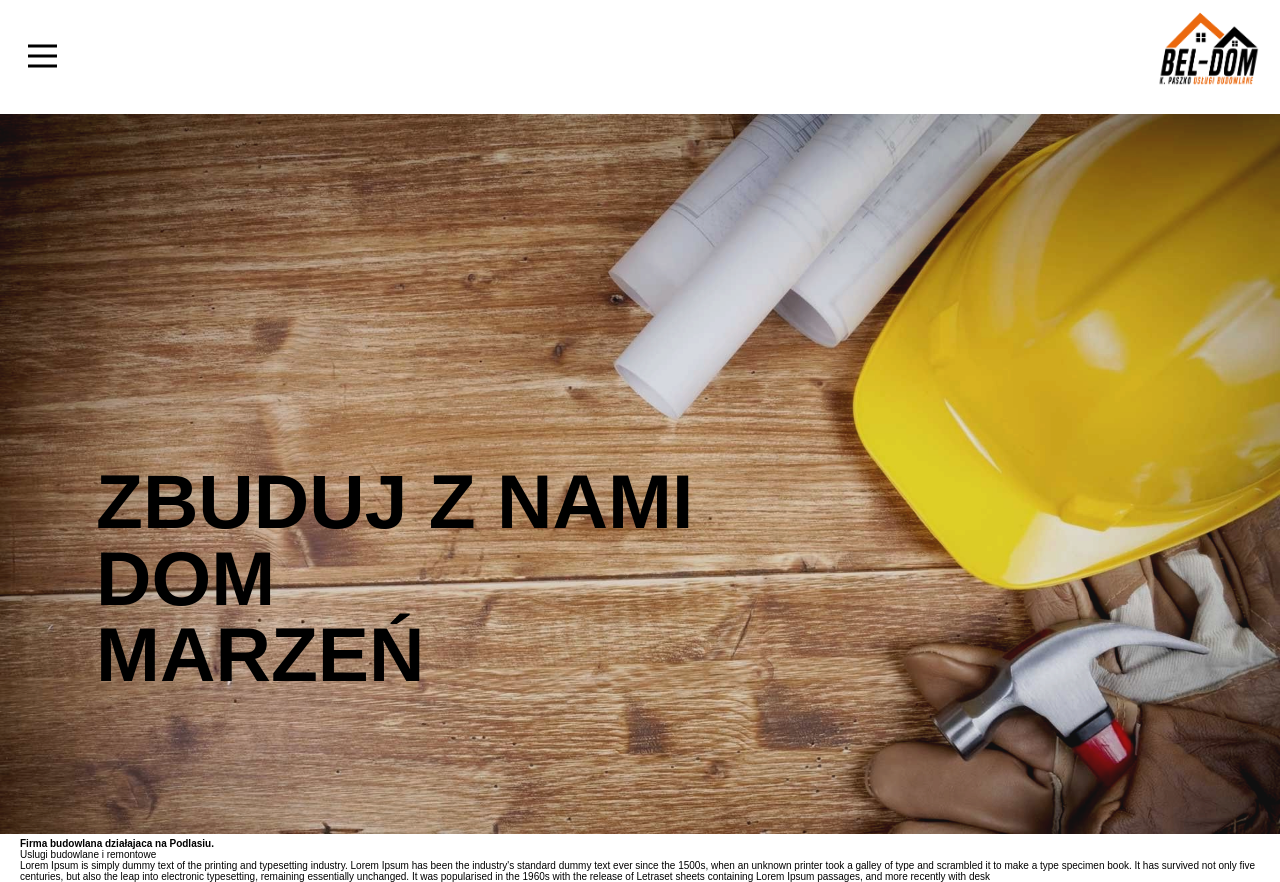
Repository: JakubPaszko2001/bel
Page: index.html
These files come from the project's save history. The page is drawn as it stood at one moment and after the next save; the edit follows.
The browser window is 1280 px wide. The pictures show the whole page.
Some web fonts or font styles are not loaded; a fallback is used.

Above is the page before, as saved 2022-01-05 21:34:27.

After the next save:
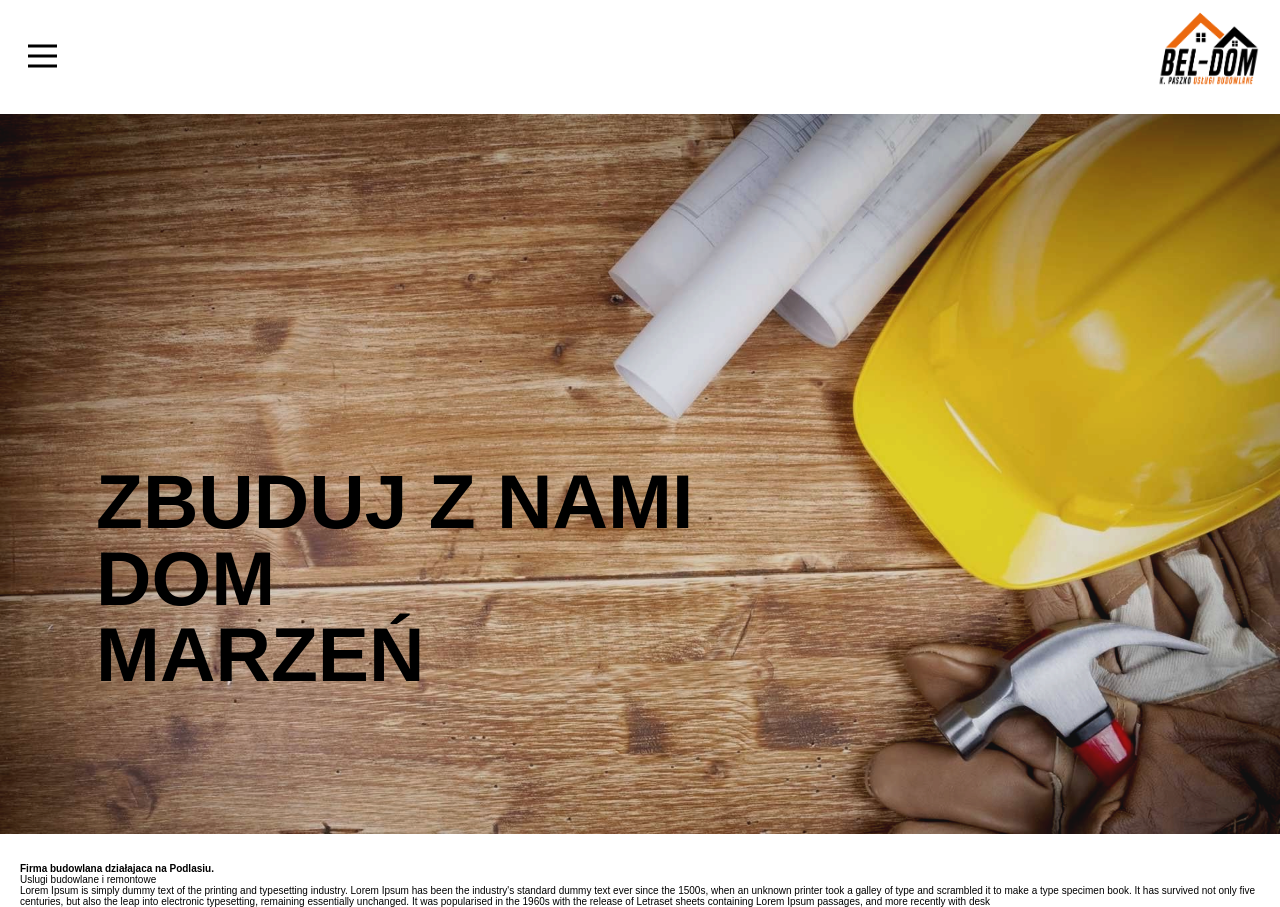
Saved 85 s later.
--- a/style.css
+++ b/style.css
@@ -135,6 +135,7 @@
     margin: 0 var(--margin);
 }
 .main__text-h1 {
+    margin-top: 2.5em;
     font-size: var(--fs-10);
     font-weight: var(--ww-bold);
 
